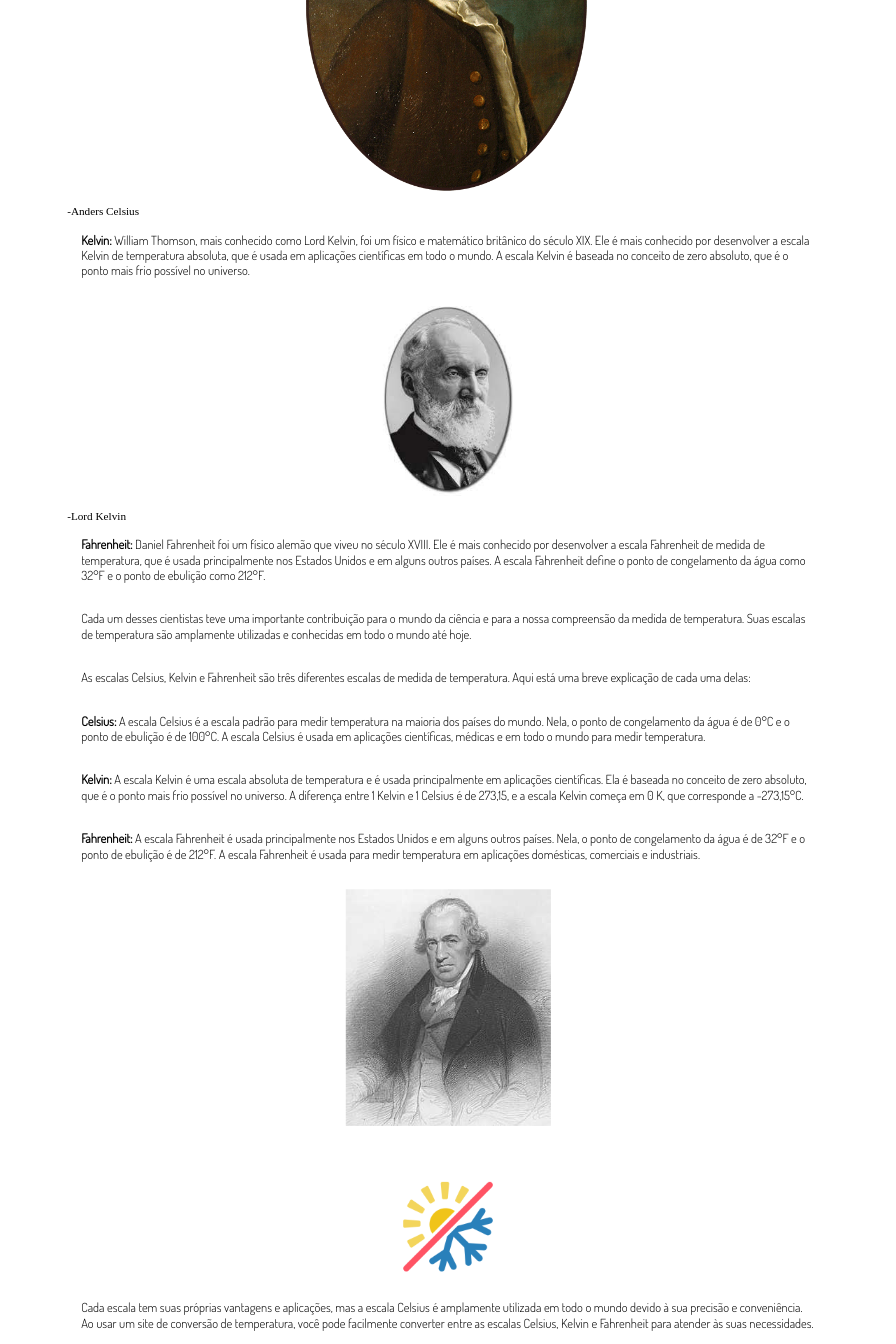
Repository: Leonngc/Conversor-de-temperatura
Page: history.html
An editor plug-in stored every save of this project. The page is shown before and after the next save, followed by the edit.
The browser window is 1280 px wide. The pictures show the part of the page from y = 879 to 2799 px (the page is 2799 px tall), at 70% of full size.
Some icons come from a web library that is not loaded, so they are not drawn.

Above is the page before, as saved 2023-02-12 01:08:37.

After the next save:
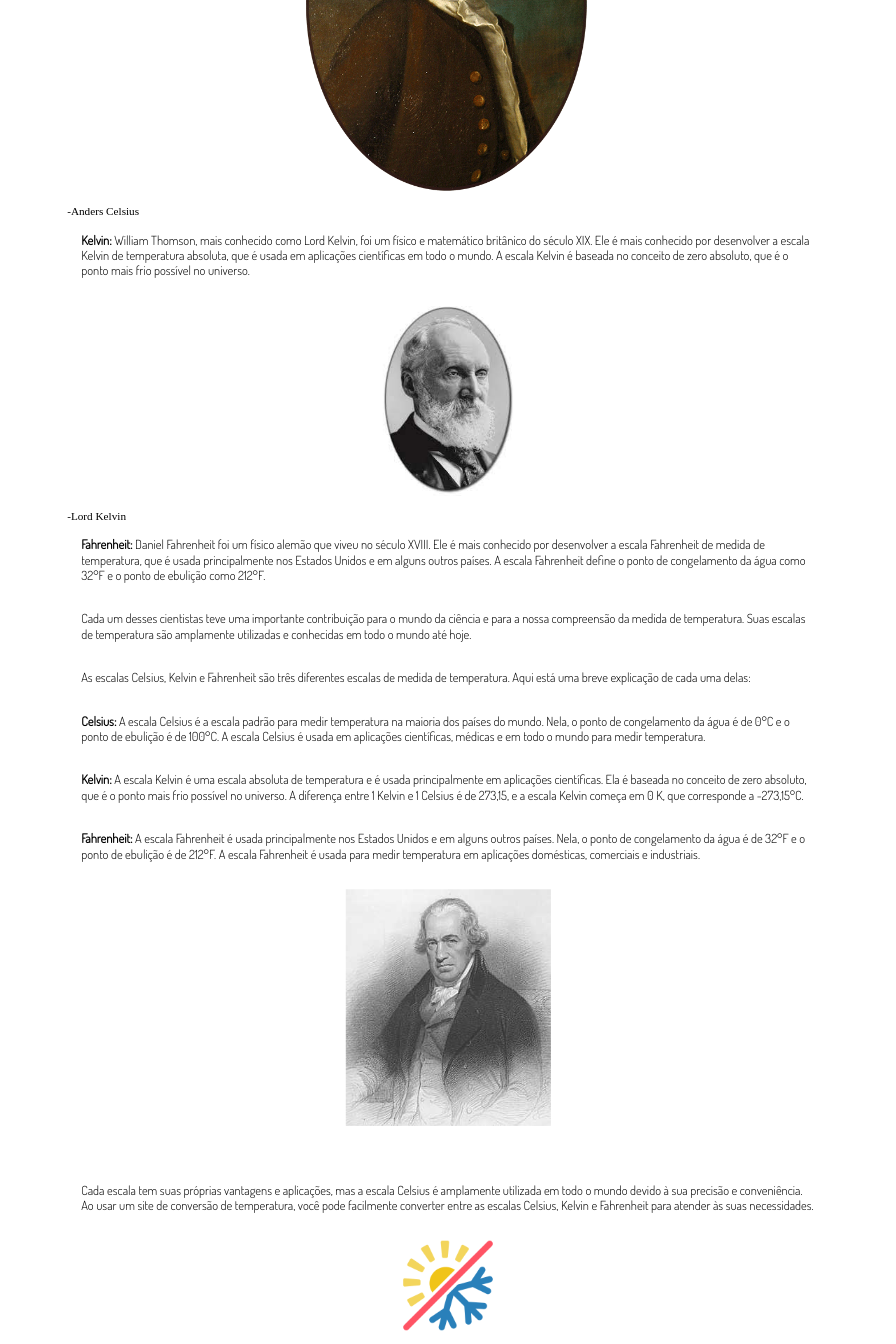
Saved 21 s later.
--- a/history.html
+++ b/history.html
@@ -89,16 +89,16 @@
             <img src="image/fahrenheit.jpg" alt="Fahrenheit imagem">
           </div>
         </p>
-        <div>
-            <img src="image/temperaturas.png" alt="">
-        </div>
+
         <p>
           Cada escala tem suas próprias vantagens e aplicações, mas a escala
           Celsius é amplamente utilizada em todo o mundo devido à sua precisão e
           conveniência. Ao usar um site de conversão de temperatura, você pode
           facilmente converter entre as escalas Celsius, Kelvin e Fahrenheit
           para atender às suas necessidades.
-        </p>
+        </p><div>
+            <img src="image/temperaturas.png" alt="">
+        </div>
       </article>
     </main>
   </body>
